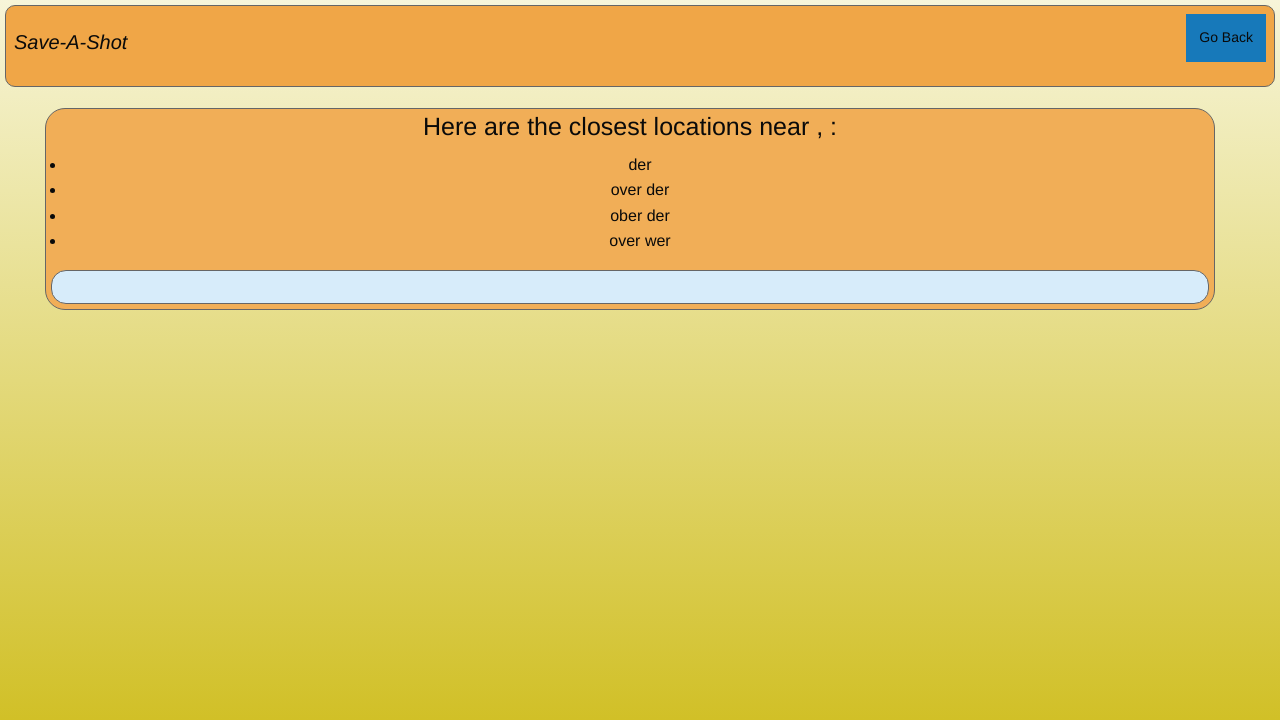
Repository: seddboi/Save-A-Shot
Page: results.html
The author's editor kept a copy of each file at every save. The page is drawn from the files as they stood at one save, then again after the next save.
The browser window is 1280 px wide. The pictures show the whole page.
The page's requests for data from a server got no answer. Some web libraries are served in a nearby version.

Above is the page before, as saved 2021-03-19 18:06:47.

After the next save:
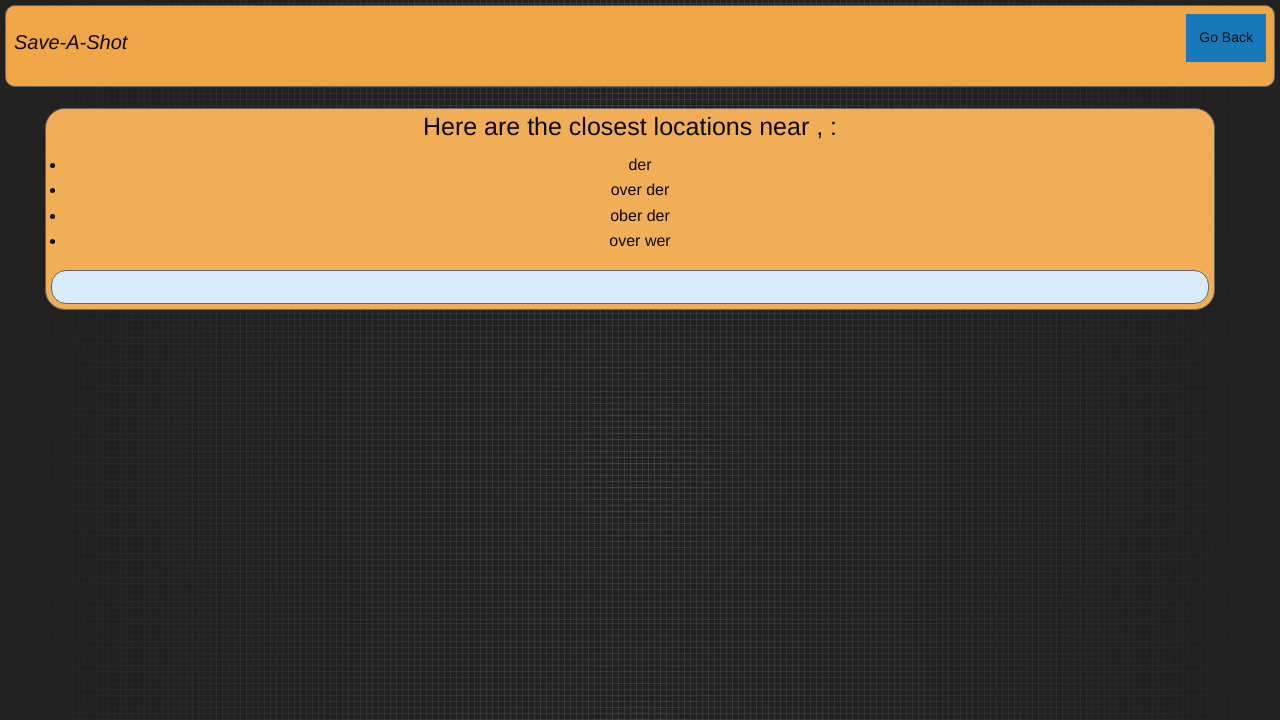
Saved 6 min 3 s later.
--- a/assets/css/scheduler.css
+++ b/assets/css/scheduler.css
@@ -2,7 +2,7 @@
     box-sizing: border-box;
 }
 body {
-    background: linear-gradient(#f7f5d9, #d1c027) fixed;
+    background-image: radial-gradient(circle at center center, transparent 0%,rgb(33,33,33) 99%),repeating-linear-gradient(0deg, rgba(163, 163, 163,0.2) 0px, rgba(163, 163, 163,0.2) 1px,transparent 1px, transparent 6px),repeating-linear-gradient(90deg, rgba(163, 163, 163,0.2) 0px, rgba(163, 163, 163,0.2) 1px,transparent 1px, transparent 6px),linear-gradient(90deg, rgb(33,33,33),rgb(33,33,33));
 }
 .top-bar {
     border: 1px solid#666;
